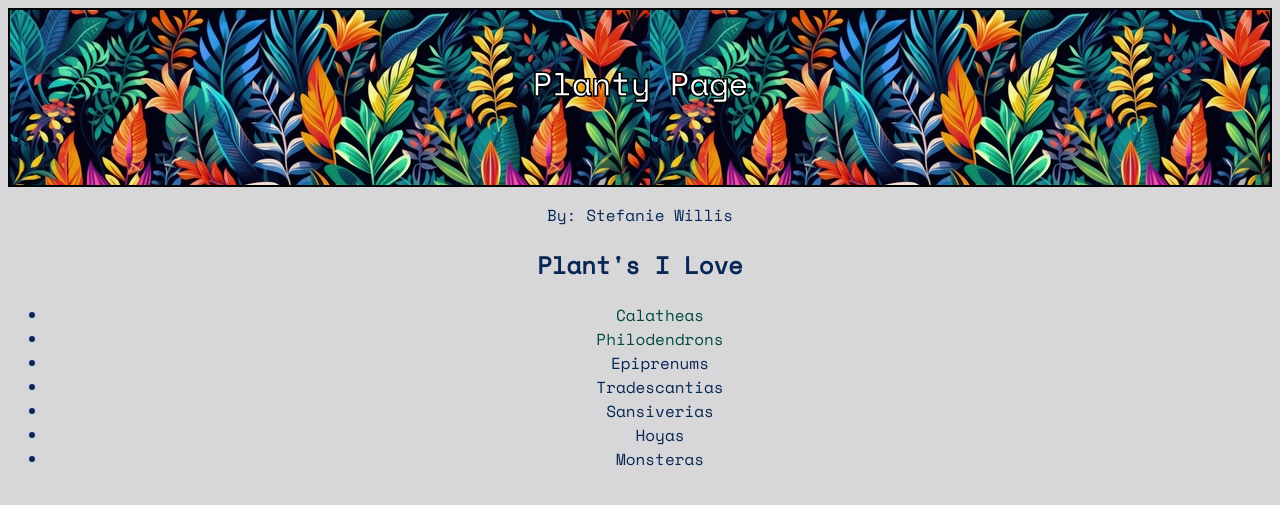
Repository: swillis91/odin-recipies
Page: Planty Page/index.html
These files come from the project's save history. The page is drawn as it stood at one moment and after the next save; the edit follows.
The browser window is 1280 px wide. The pictures show the whole page.

Above is the page before, as saved 2023-08-14 23:07:49.

### Planty Page/index.html
<!DOCTYPE html>
    <html>
        <head>
            <title>Planty Page- Home</title>
            <link href="style.css" rel="stylesheet"
            <link rel="preconnect" href="https://fonts.googleapis.com">
            <link rel="preconnect" href="https://fonts.gstatic.com" crossorigin>
            <link href="https://fonts.googleapis.com/css2?family=Permanent+Marker&family=Space+Mono&display=swap" rel="stylesheet">
        </head>
        <body>
            <h1 class="heading">Planty Page</h1>
                <p>By: Stefanie Willis</p>
            <h2>Plant's I Love</h2>
            <ul>
                <li><a href="/calatheas.html" class="navigation">Calatheas</a></li>
                <li><a href="./philodendrons.html" class="navigation">Philodendrons</a></li>
                <li>Epiprenums</li>
                <li>Tradescantias</li>
                <li>Sansiverias</li>
                <li>Hoyas</li>
                <li>Monsteras</li>
            </ul>
        </body>
    </html>

### Planty Page/style.css
body{
    background-color: rgb(215, 215, 217);
    color:rgb(8, 39, 85);
    text-align: center;
    font-family: 'Permanent Marker', cursive;
    font-family: 'Space Mono', monospace;
}

.heading{
    color: rgb(0, 0, 0);
    -webkit-text-fill-color: rgb(255, 255, 255);
    -webkit-text-stroke-width: 1.5px;
    -webkit-text-stroke-color: rgb(0, 0, 0);
    text-transform: capitalize;
    border: 2px solid rgb(0, 3, 3);
    background-image: url('Images/banner.jpg');
    height: 75px;
    margin: 0 auto;
    padding:50px 20px;

}

div.box{
    border:2px solid black;
    display: flex;
    margin-left: auto;
    flex-direction:column;
}

#calathea-makoyana{
    width: 500px;
    Height: auto:
}

.navigation{
    color:rgb(1, 75, 56);
    text-decoration: none;
}

After the next save:
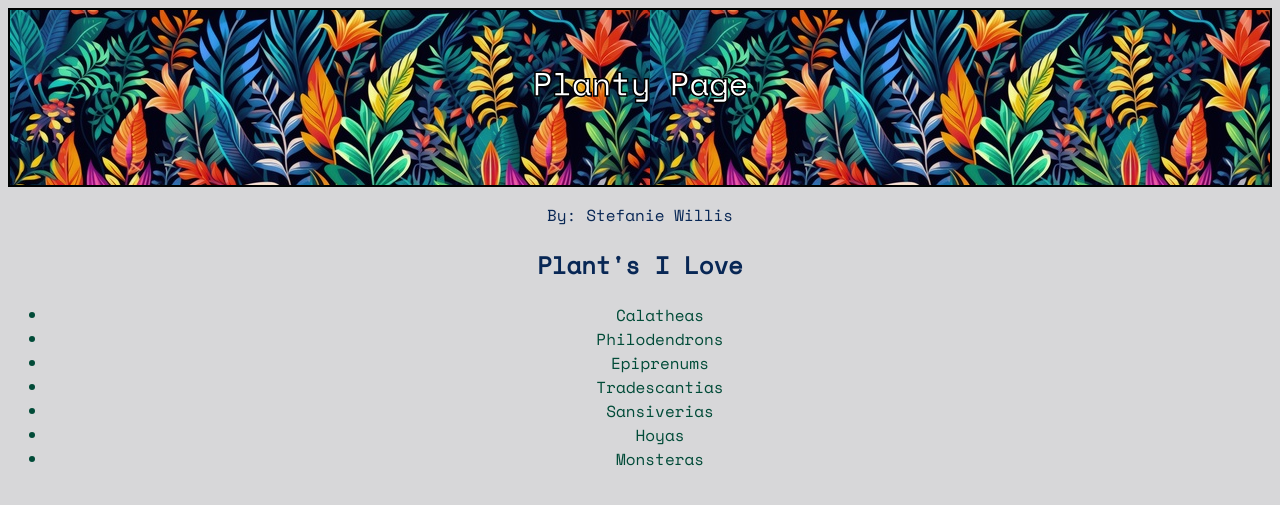
Saved 73 s later.
--- a/Planty Page/index.html
+++ b/Planty Page/index.html
@@ -11,14 +11,16 @@
             <h1 class="heading">Planty Page</h1>
                 <p>By: Stefanie Willis</p>
             <h2>Plant's I Love</h2>
-            <ul>
-                <li><a href="/calatheas.html" class="navigation">Calatheas</a></li>
-                <li><a href="./philodendrons.html" class="navigation">Philodendrons</a></li>
-                <li>Epiprenums</li>
-                <li>Tradescantias</li>
-                <li>Sansiverias</li>
-                <li>Hoyas</li>
-                <li>Monsteras</li>
-            </ul>
+            <div class="navigation">
+                <ul>
+                    <li><a href="/calatheas.html" class="navigation">Calatheas</a></li>
+                    <li><a href="./philodendrons.html" class="navigation">Philodendrons</a></li>
+                    <li>Epiprenums</li>
+                    <li>Tradescantias</li>
+                    <li>Sansiverias</li>
+                    <li>Hoyas</li>
+                    <li>Monsteras</li>
+                 </ul>
+            </div>
         </body>
     </html>
